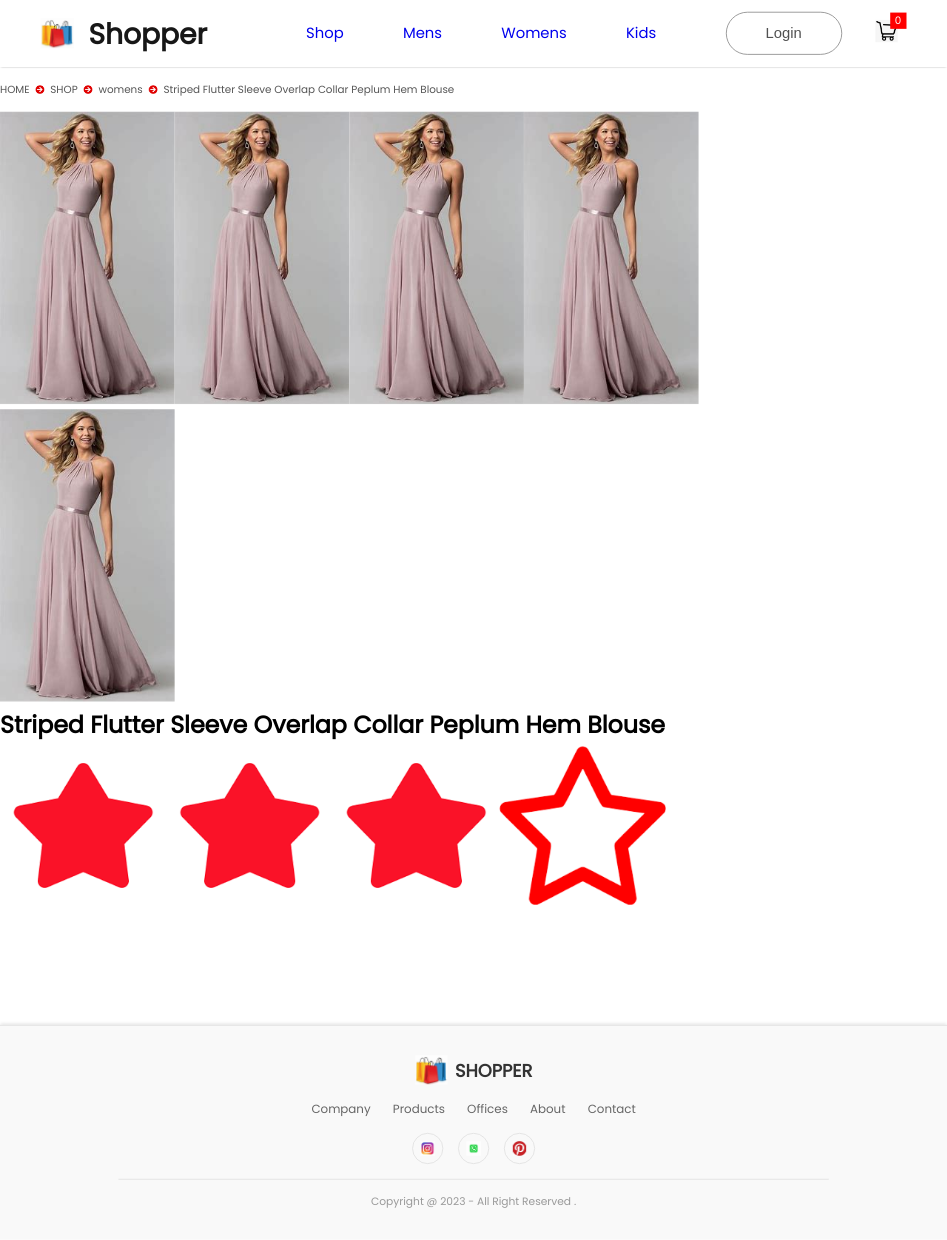
Repository: sshaiv/Shoppie_EcommerceAPP
Page: /product/1
These files come from the project's save history. The page is drawn as it stood at one moment and after a run of saves; the edit follows.
The browser window is 1280 px wide. The pictures show the whole page, at 74% of full size.
The project was rebuilt for these pictures with package versions that can differ from the ones it lists, and the page was loaded fresh each time. Also part of the build but not shown: src/App.css, src/Components/Pages/CSS/ShopCategory.css, src/Components/Item/Item.css, src/Components/Item/Item.jsx, src/Components/Pages/ShopCategory.jsx, src/Components/ProductDisplay/ProductDisplay.css, src/Components/Pages/Cart.jsx, src/Components/Pages/CSS/LoginSignup.css and 14 more.

Above is the page before, as saved 2024-07-16 21:45:24.

### public/index.html
<!DOCTYPE html>
<html lang="en">
  <head>
    <meta charset="utf-8" />
    <link rel="icon" href="%PUBLIC_URL%/favicon.ico" />
    <meta name="viewport" content="width=device-width, initial-scale=1" />
    <meta name="theme-color" content="#000000" />
    <meta
      name="description"
      content="Web site created using create-react-app"
    />
    <link rel="apple-touch-icon" href="%PUBLIC_URL%/logo192.png" />
    <!--
      manifest.json provides metadata used when your web app is installed on a
      user's mobile device or desktop. See https://developers.google.com/web/fundamentals/web-app-manifest/
    -->
    <link rel="manifest" href="%PUBLIC_URL%/manifest.json" />
    <!--
      Notice the use of %PUBLIC_URL% in the tags above.
      It will be replaced with the URL of the `public` folder during the build.
      Only files inside the `public` folder can be referenced from the HTML.

      Unlike "/favicon.ico" or "favicon.ico", "%PUBLIC_URL%/favicon.ico" will
      work correctly both with client-side routing and a non-root public URL.
      Learn how to configure a non-root public URL by running `npm run build`.
    -->
    <link rel="preconnect" href="https://fonts.googleapis.com">
    <link rel="preconnect" href="https://fonts.gstatic.com" crossorigin>
    <link href="https://fonts.googleapis.com/css2?family=Poppins&display=swap" rel="stylesheet">
    <title>E-Commerce</title>
  </head>
  <body>
    <noscript>You need to enable JavaScript to run this app.</noscript>
    <div id="root"></div>
    <!--
      This HTML file is a template.
      If you open it directly in the browser, you will see an empty page.

      You can add webfonts, meta tags, or analytics to this file.
      The build step will place the bundled scripts into the <body> tag.

      To begin the development, run `npm start` or `yarn start`.
      To create a production bundle, use `npm run build` or `yarn build`.
    -->
  </body>
</html>

### src/index.js
import React from 'react';
import ReactDOM from 'react-dom/client';
import './index.css';
import App from './App';
import ShopContextProvider from './Components/Context/ShopContext';

const root = ReactDOM.createRoot(document.getElementById('root'));
root.render(
  <ShopContextProvider>
    <App/>
  </ShopContextProvider>
);

// If you want to start measuring performance in your app, pass a function
// to log results (for example: reportWebVitals(console.log))
// or send to an analytics endpoint. Learn more: https://bit.ly/CRA-vitals

### src/index.css
*{
  margin: 0;
}

body {
  margin: 0;
  font-family: -apple-system, BlinkMacSystemFont, 'Segoe UI', 'Roboto', 'Oxygen',
    'Ubuntu', 'Cantarell', 'Fira Sans', 'Droid Sans', 'Helvetica Neue',
    sans-serif;
  -webkit-font-smoothing: antialiased;
  -moz-osx-font-smoothing: grayscale;

 font-family:'Poppins';

}

code {
  font-family: source-code-pro, Menlo, Monaco, Consolas, 'Courier New',
    monospace;
}

### src/App.js
import React from 'react';
import './App.css';
import Navbar from './Components/Navbar/Navbar';
import { BrowserRouter, Routes, Route } from 'react-router-dom';
import ShopCategory from './Components/Pages/ShopCategory';
import Product from './Components/Pages/Product';
import Cart from './Components/Pages/Cart';
import LoginSignup from './Components/Pages/LoginSignup';
import Shop from './Components/Pages/Shop';
import Footer from './Components/Footer/Footer';
import men_banner from './Components/Assets/banner_mens.png';
import women_banner from './Components/Assets/banner_women.png';
import kid_banner from './Components/Assets/banner_kids.png';

const App = () => {
  return (
    <div>
      <BrowserRouter>
        <Navbar />
        <Routes>
          <Route path='/' element={<Shop />} />
          <Route path='/mens' element={<ShopCategory banner={men_banner} category='mens' />} />
          <Route path='/womens' element={<ShopCategory banner={women_banner} category='womens' />} />
          <Route path='/kids' element={<ShopCategory banner={kid_banner} category='kids' />} />
          <Route path='/product' element={<Product />} />
          <Route path='/product/:productID' element={<Product />} />
          <Route path='/cart' element={<Cart />} />
          <Route path='/login' element={<LoginSignup />} />
        </Routes>
        <Footer />
      </BrowserRouter>
    </div>
  );
}

export default App;

### src/Components/Context/ShopContext.jsx
import React, { createContext } from 'react';
import all_product from '../Assets/all_products';

export const ShopContext = createContext(null);

const ShopContextProvider = (props) => {
  const contextValue = { all_product };

  return (
    <ShopContext.Provider value={contextValue}>
      {props.children}
    </ShopContext.Provider>
  );
}

export default ShopContextProvider;

### src/Components/Navbar/Navbar.jsx
import React, { useState } from 'react'
import './Navbar.css'
import logo from '../Assets/logo.png'
import cart_icon from '../Assets/cart_icon.png'
import { Link } from 'react-router-dom'

const Navbar = () => {
const [menu,setMenu]=useState("shop");

  return (
    <div>
      <div className='navbar'>
        <div className='nav-logo'>
          <img src={logo} alt="Logo" />
          <p>Shopper</p>
        </div>
        <ul className='nav-menu'>
            <li onClick={()=>{setMenu("shop")}}><Link style={{textDecoration:'none'}} to='/'>Shop </Link>{menu==="shop"? <hr/> :<></>}   </li>
            <li onClick={()=>{setMenu("mens")}}><Link style={{textDecoration:'none'}}  to='/mens'>Mens</Link> {menu==="shop"? <hr/> :<></>} </li>
            <li onClick={()=>{setMenu("womens")}}><Link style={{textDecoration:'none'}}  to='/womens'>Womens </Link> {menu==="shop"? <hr/> :<></>} </li>
            <li onClick={()=>{setMenu("kids")}}><Link style={{textDecoration:'none'}}  to='/kids'>Kids</Link> {menu==="shop"? <hr/> :<></>} </li>
        </ul>

        <div className="nav-login-cart">
          <Link to='/login'>  <button>Login</button></Link>
       <Link to='/cart'>   <img src={cart_icon} alt="" /></Link>
      <div className="nav-cart-count">0</div>
        </div>
      </div>
    </div>
  )
}

export default Navbar

### src/Components/Pages/Product.jsx
import React,{useContext} from 'react'
import { ShopContext } from '../Context/ShopContext'
import { useParams } from 'react-router-dom'
import Breadcrums from '../Breadcrums/Breadcrums';
import ProductDisplay from '../ProductDisplay/ProductDisplay';

const Product = () => {
  const {all_product}=useContext(ShopContext);
  const {productID}=useParams();
  const product =all_product.find((e)=>e.id===Number(productID));
  return (
    <div>
      <Breadcrums product={product}/>
      <ProductDisplay product={product}/>
    </div>
  )
}

export default Product

### src/Components/Footer/Footer.jsx
import React from 'react'
import './Footer.css'
import footer_logo from '../Assets/footer_logo.png'
import insta_logo from '../Assets/insta_logo.png'
import whatsapp_logo from '../Assets/whatsapp_logo.png'
import pinterest_logo from '../Assets/pinterest_logo.png'



const Footer = () => {
  return (
    <div className='footer'>
      <div className="footer-logo">
        <img src={footer_logo} alt="" />
        <p>SHOPPER</p>

      </div>
      <ul className="footer-links">
        <li>Company</li>
        <li>Products</li>
        <li>Offices</li>
        <li>About</li>
        <li>Contact</li>
      </ul>
      <div className="footer-social-icon">
        <div className="footer-icons-container">
            <img src={insta_logo} alt="" />
        </div>
        <div className="footer-icons-container">
            <img src={whatsapp_logo} alt="" />
        </div>
        <div className="footer-icons-container">
            <img src={pinterest_logo} alt="" />
        </div>
      </div>
      <div className="footer-copyright">
        <hr />
        <p>Copyright @ 2023 - All Right Reserved .</p>
      </div>
    </div>
  )
}

export default Footer

### src/Components/Assets/all_products.js
import p1_img from './product1.png';
import p2_img from './product2.png';
import p3_img from './product3.png';
import p4_img from './product4.png';
// Repeat or add new images as necessary

let all_product = [
    {
        id: 1,
        name: "Striped Flutter Sleeve Overlap Collar Peplum Hem Blouse",
        image: p1_img,
        new_price: 50.00,
        old_price: 80.50,
        category: "womens"
    },
    {
        id: 2,
        name: "Denim High Waist Skinny Jeans",
        image: p2_img,
        new_price: 65.00,
        old_price: 95.00,
        category: "womens"
    },
    {
        id: 3,
        name: "Linen Blend V-Neck Midi Dress",
        image: p3_img,
        new_price: 70.00,
        old_price: 110.00,
        category: "womens"
    },
    {
        id: 4,
        name: "Leather Crossbody Bag with Tassel Detail",
        image: p4_img,
        new_price: 45.00,
        old_price: 75.00,
        category: "womens"
    },
    {
        id: 5,
        name: "Classic White Cotton Shirt",
        image: p1_img,
        new_price: 40.00,
        old_price: 60.00,
        category: "mens"
    },
    {
        id: 6,
        name: "Slim Fit Chinos",
        image: p2_img,
        new_price: 55.00,
        old_price: 85.00,
        category: "mens"
    },
    {
        id: 7,
        name: "Floral Print A-Line Dress",
        image: p3_img,
        new_price: 75.00,
        old_price: 100.00,
        category: "womens"
    },
    {
        id: 8,
        name: "Faux Leather Biker Jacket",
        image: p4_img,
        new_price: 90.00,
        old_price: 120.00,
        category: "womens"
    },
    // Continue adding products with the appropriate category
    {
        id: 9,
        name: "Knitted Sweater",
        image: p1_img,
        new_price: 60.00,
        old_price: 90.00,
        category: "mens"
    },
    {
        id: 10,
        name: "Stretch Skinny Jeans",
        image: p2_img,
        new_price: 50.00,
        old_price: 80.00,
        category: "mens"
    },
    {
        id: 11,
        name: "Polka Dot Wrap Dress",
        image: p3_img,
        new_price: 85.00,
        old_price: 115.00,
        category: "womens"
    },
    {
        id: 12,
        name: "Wool Blend Coat",
        image: p4_img,
        new_price: 150.00,
        old_price: 200.00,
        category: "womens"
    },
    {
        id: 13,
        name: "Lace Trim Cami Top",
        image: p1_img,
        new_price: 35.00,
        old_price: 55.00,
        category: "womens"
    },
    {
        id: 14,
        name: "High Rise Shorts",
        image: p2_img,
        new_price: 45.00,
        old_price: 70.00,
        category: "mens"
    },
    {
        id: 15,
        name: "Puff Sleeve Midi Dress",
        image: p3_img,
        new_price: 65.00,
        old_price: 95.00,
        category: "womens"
    },
    {
        id: 16,
        name: "Quilted Crossbody Bag",
        image: p4_img,
        new_price: 55.00,
        old_price: 85.00,
        category: "womens"
    },
    {
        id: 17,
        name: "Oversized Denim Jacket",
        image: p1_img,
        new_price: 100.00,
        old_price: 130.00,
        category: "mens"
    },
    {
        id: 18,
        name: "Cargo Pants",
        image: p2_img,
        new_price: 60.00,
        old_price: 90.00,
        category: "mens"
    },
    {
        id: 19,
        name: "Embroidered Maxi Dress",
        image: p3_img,
        new_price: 110.00,
        old_price: 150.00,
        category: "womens"
    },
    {
        id: 20,
        name: "Suede Ankle Boots",
        image: p4_img,
        new_price: 95.00,
        old_price: 125.00,
        category: "womens"
    },
    {
        id: 21,
        name: "Ribbed Turtleneck Sweater",
        image: p1_img,
        new_price: 45.00,
        old_price: 70.00,
        category: "mens"
    },
    {
        id: 22,
        name: "Pleated Midi Skirt",
        image: p2_img,
        new_price: 55.00,
        old_price: 85.00,
        category: "womens"
    },
    {
        id: 23,
        name: "Off-Shoulder Evening Gown",
        image: p3_img,
        new_price: 150.00,
        old_price: 200.00,
        category: "womens"
    },
]

export default all_product;

### src/Components/Navbar/Navbar.css
.navbar{
    display: flex;
    justify-content: space-around;
    padding: 16px;
    box-shadow:0 1px 3px -2px black ;

}
.nav-logo{
    display:flex;
    align-items: center;
    gap: 10px;
}

.nav-logo p{
    color: #171717;
    font-size: 38px;
    font-weight: 600;
}
.nav-menu{
    display:flex;
    align-items:center;
    list-style: none;
    gap: 50px;
    color:#626262;
    font-size: 20px;
    font-weight: 500;

}


  .nav-logo img {
    height: 40px;
    margin-right: 10px;
  }



  .nav-menu li {
    margin: 0 15px;
    position: relative;
    cursor: pointer;
  }

  .nav-menu li:hover hr {
    display: block;
  }

  .nav-menu hr {
    display: none;
    width: 80%;
    height: 3px;
    border-radius: 10px;
    background-color:red;

  }

  .nav-login-cart {
    display: flex;
    align-items: center;
    gap: 45px;
  }

  .nav-login-cart button {
    width: 157px;
    height: 58px;
    outline: none;
    border: 1px solid #7a7a7a;
    border-radius: 75px;
    color:#515151;
    font-size: 20px;
    font-weight: 500;
    background: white;
    cursor: pointer;
  }

  .nav-login-cart button:active{
    background:#f3f3f3;
  }
  .nav-login-cart img {
    height: 30px;
    cursor: pointer;
  }
  .nav-cart-count{
    width: 22px;
    height: 22px;
    display: flex;
    justify-content: center;
    align-items:center;
    margin-top: -35px;
    margin-left: -55px;
    border: radius 11px;
    font-size: 14px;
    background-color:red;
    color:white;
  }

  @media (max-width: 768px) {
    .navbar {
      flex-direction: column;
      align-items: center;
    }

    .nav-logo p {
      font-size: 20px;
    }

    .nav-menu {
      flex-direction: column;
      align-items: center;
      gap: 10px;
    }

    .nav-menu li {
      margin: 10px 0;
    }

    .nav-login-cart {
      flex-direction: column;
      align-items: center;
      gap: 10px;
    }
  }

### src/Components/Breadcrums/Breadcrums.jsx
import React from 'react';
import './Breadcrum.css';
import arrow_icon from '../Assets/arrow_icon.png';

const Breadcrums = (props) => {
  const { product } = props;
  return (
    <div className='breadcrums'>
      HOME <img src={arrow_icon} alt="arrow" /> SHOP <img src={arrow_icon} alt="arrow" /> {product.category} <img src={arrow_icon} alt="arrow" /> {product.name}
    </div>
  );
}

export default Breadcrums;

### src/Components/ProductDisplay/ProductDisplay.jsx
import React from "react";
import "./ProductDisplay.css";
import star_icon from '../Assets/star_icon.png'
import star_dullicon from '../Assets/star_dullicon.png'

const ProductDisplay = (props) => {
  const { product } = props;
  return (
    <div className="productdisplay">
      <div className="productdisplay-left">
        <div className="productdisplay-img-list">
          <img src={product.image} alt="" />
          <img src={product.image} alt="" />
          <img src={product.image} alt="" />
          <img src={product.image} alt="" />
        </div>
        <div className="productdisplay-img">
          <img className="productdisplay-main-img" src={product.image} alt="" />
        </div>
      </div>
      <div className="productdisplay-right">
        <h1>{product.name}</h1>
        <div className="productdisplay-right-star">
          <img src={star_icon} alt="" />
          <img src={star_icon} alt="" />
          <img src={star_icon} alt="" />
          <img src={star_dullicon} alt="" />
        </div>
      </div>
    </div>
  );
};

export default ProductDisplay;

### src/Components/Footer/Footer.css
.footer {
    background-color: #f9f9f9;
    padding: 40px;
    text-align: center;
    border-top: 1px solid #ddd;
    box-shadow: 0 -2px 4px rgba(0, 0, 0, 0.1);
    position: relative;
    top: 150px;
  }

  .footer-logo {
    display: flex;
    justify-content: center;
    align-items: center;
    gap: 10px;
    margin-bottom: 20px;
  }

  .footer-logo img {
    height: 40px;
  }

  .footer-logo p {
    font-size: 1.5rem;
    font-weight: bold;
    color: #333;
  }

  .footer-links {
    list-style: none;
    padding: 0;
    display: flex;
    justify-content: center;
    gap: 30px;
    margin-bottom: 20px;
  }

  .footer-links li {
    font-size: 1rem;
    color: #666;
    cursor: pointer;
    transition: color 0.3s ease;
  }

  .footer-links li:hover {
    color: #ff4141;
  }

  .footer-social-icon {
    display: flex;
    justify-content: center;
    gap: 20px;
    margin-bottom: 20px;
  }

  .footer-icons-container {
    width: 40px;
    height: 40px;
    display: flex;
    justify-content: center;
    align-items: center;
    border: 1px solid #ddd;
    border-radius: 50%;
    transition: border-color 0.3s ease;
  }

  .footer-icons-container img {
    height: 20px;
  }

  .footer-icons-container:hover {
    border-color: #ff4141;
  }

  .footer-copyright {
    margin-top: 20px;
    font-size: 0.9rem;
    color: #999;
  }

  .footer hr {
    width: 80%;
    margin: 20px auto;
    border: none;
    border-top: 1px solid #ddd;
  }

### src/Components/Breadcrums/Breadcrum.css
/* CSS/Breadcrum.css */

.breadcrums {
    display: flex;
    align-items: center;
    font-size: 14px;
    color: #555;
    margin: 20px 0;
  }

  .breadcrums img {
    width: 12px;
    height: 12px;
    margin: 0 8px;
  }

  .breadcrums span {
    margin: 0 8px;
    color: #999;
  }

  .breadcrums a {
    text-decoration: none;
    color: inherit;
    transition: color 0.2s;
  }

  .breadcrums a:hover {
    color: #007bff;
  }

After the next 5 saves:
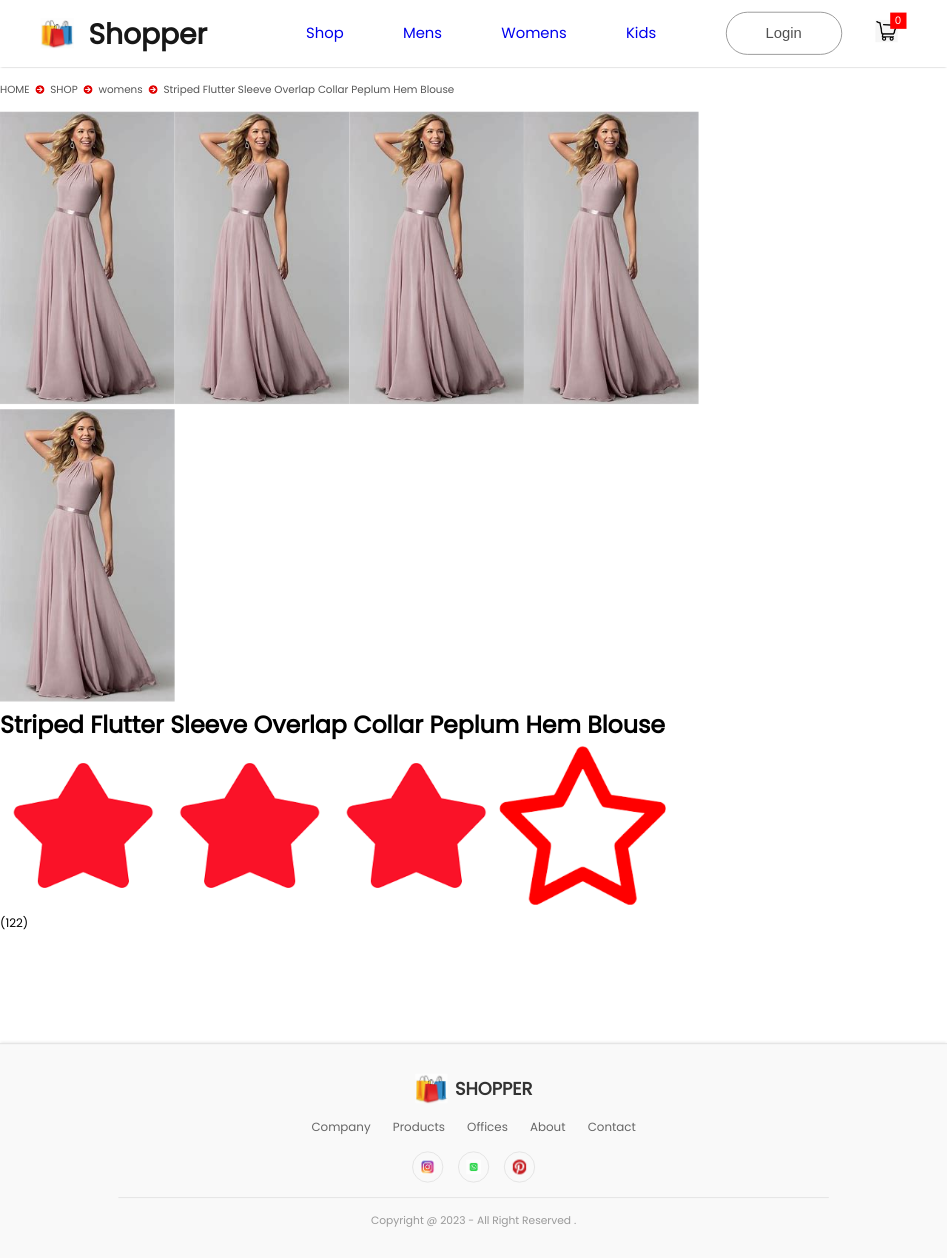
The 5 saves are shown as one change because they came seconds apart.
The last was saved 17 s later.
--- a/src/Components/ProductDisplay/ProductDisplay.jsx
+++ b/src/Components/ProductDisplay/ProductDisplay.jsx
@@ -25,6 +25,7 @@ const ProductDisplay = (props) => {
           <img src={star_icon} alt="" />
           <img src={star_icon} alt="" />
           <img src={star_dullicon} alt="" />
+       <p>(122)</p>
         </div>
       </div>
     </div>
